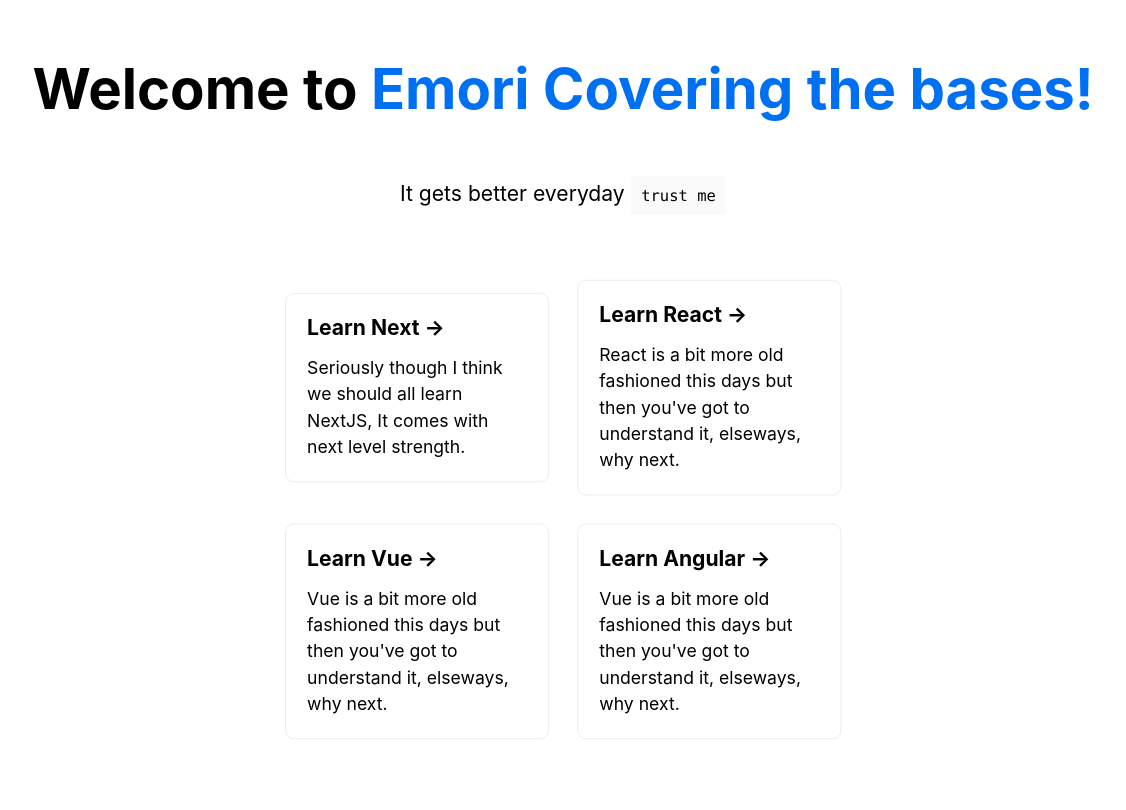
Repository: emorilebo/next-linkedin-training
Page: /
An editor plug-in stored every save of this project. The page is shown before and after the next save, followed by the edit.
The browser window is 1280 px wide. The pictures show the whole page, at 88% of full size.
The project was rebuilt for these pictures with package versions that can differ from the ones it lists, and the page was loaded fresh each time. The framework's server and built-in components were replaced by stand-ins that run in the browser. Also part of the build but not shown: next.config.js.

Above is the page before, as saved 2022-12-26 07:38:04.

### pages/index.js
import Head from "next/head";
import Image from "next/image";
import Link from "next/link";
import styles from "../styles/Home.module.css";

export default function Home() {
  return (
    <div className={styles.container}>
      <Head>
        <title>Emori Learning Next From LinkedIn</title>
        <meta
          name="description"
          content="I know I know, but we need to cover the bases as much as possible. #emoricoin"
        />
        <link rel="icon" href="/favicon.ico" />
      </Head>

      <main className={styles.main}>
        <h1 className={styles.title}>
          Welcome to <a href="https://nextjs.org">Emori Covering the bases!</a>
        </h1>

        <p className={styles.description}>
          It gets better everyday <code className={styles.code}>trust me</code>
        </p>

        <div className={styles.grid}>
          <Link href="/learn/next" className={styles.card}>
            <h2>Learn Next &rarr;</h2>
            <p>
              Seriously though I think we should all learn NextJS, It comes with
              next level strength.
            </p>
          </Link>

          <Link href="/learn/react" className={styles.card}>
            <h2>Learn React &rarr;</h2>
            <p>
              React is a bit more old fashioned this days but then you've got to
              understand it, elseways, why next.
            </p>
          </Link>
          <Link href="/learn/vue" className={styles.card}>
            <h2>Learn Vue &rarr;</h2>
            <p>
              Vue is a bit more old fashioned this days but then you've got to
              understand it, elseways, why next.
            </p>
          </Link>
          <Link href="/learn/angular" className={styles.card}>
            <h2>Learn Angular &rarr;</h2>
            <p>
              Vue is a bit more old fashioned this days but then you've got to
              understand it, elseways, why next.
            </p>
          </Link>
        </div>
      </main>
    </div>
  );
}

Loaded but not shown: pages/_app.js (common file); styles/globals.css (common file); styles/Home.module.css (common file)

After the next save:
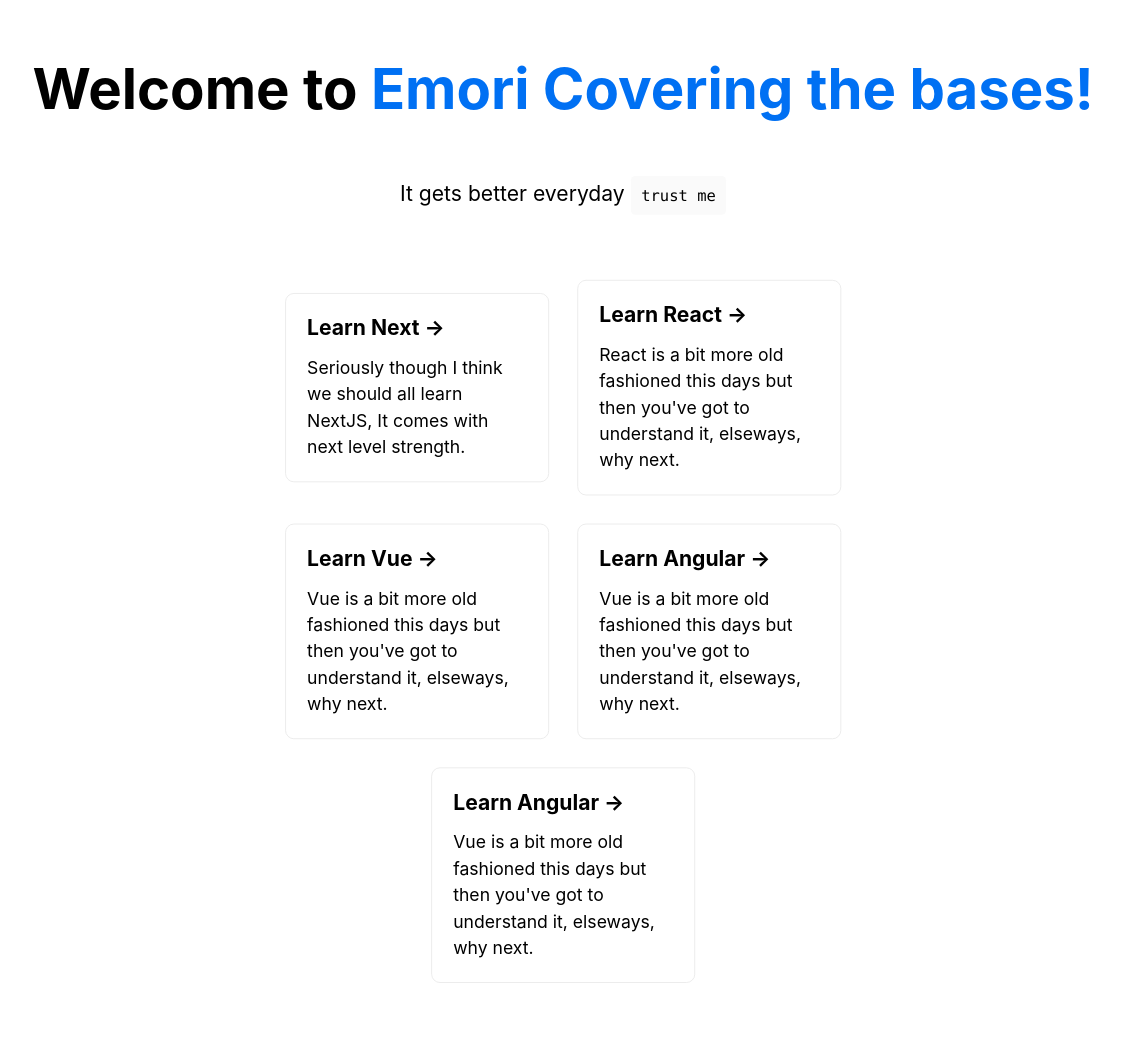
Saved 92 s later.
--- a/pages/index.js
+++ b/pages/index.js
@@ -54,6 +54,13 @@
               understand it, elseways, why next.
             </p>
           </Link>
+          <Link href="/learn/angular" className={styles.card}>
+            <h2>Learn Angular &rarr;</h2>
+            <p>
+              Vue is a bit more old fashioned this days but then you've got to
+              understand it, elseways, why next.
+            </p>
+          </Link>
         </div>
       </main>
     </div>
